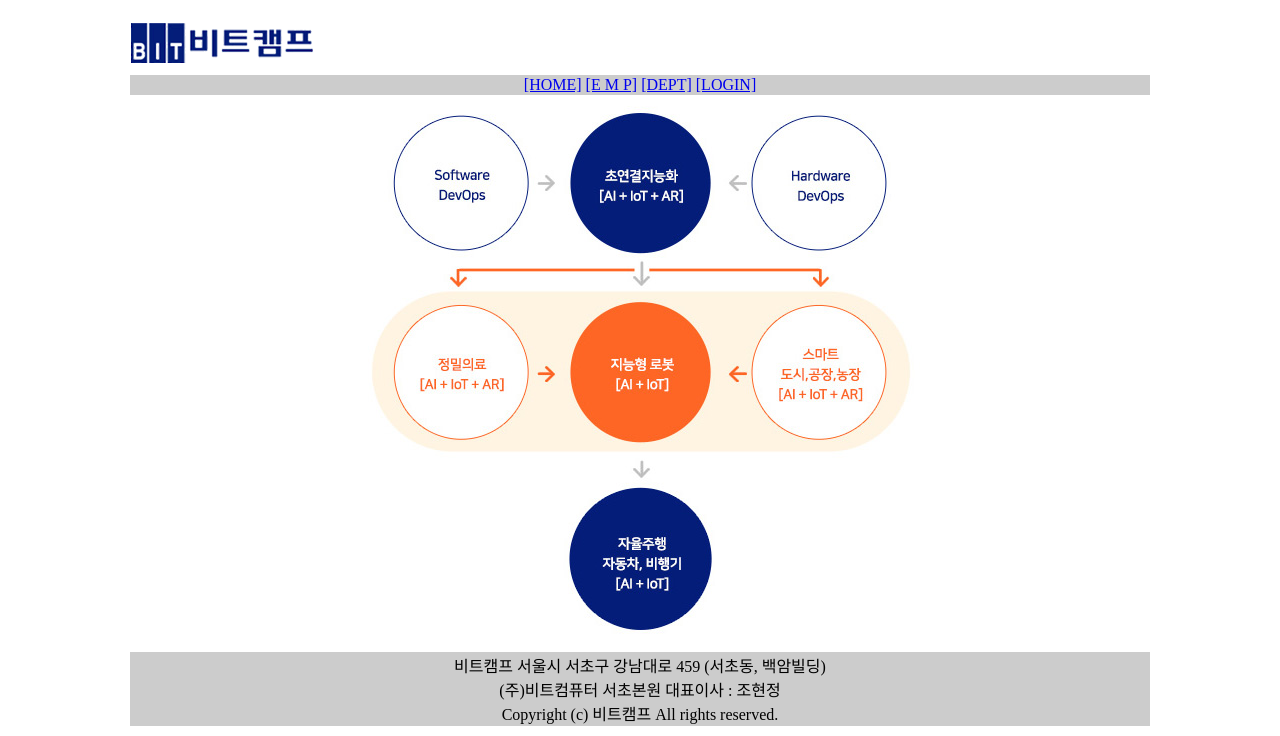
Repository: Deepsky110/LectureNotes
Page: http://localhost/web08/
An editor plug-in stored every save of this project. The page is shown before and after the next save, followed by the edit.
The browser window is 1280 px wide. The pictures show the whole page.
The page is served by Tomcat 9.

Above is the page before, as saved 2020-07-07 05:35:45.

After the next save:
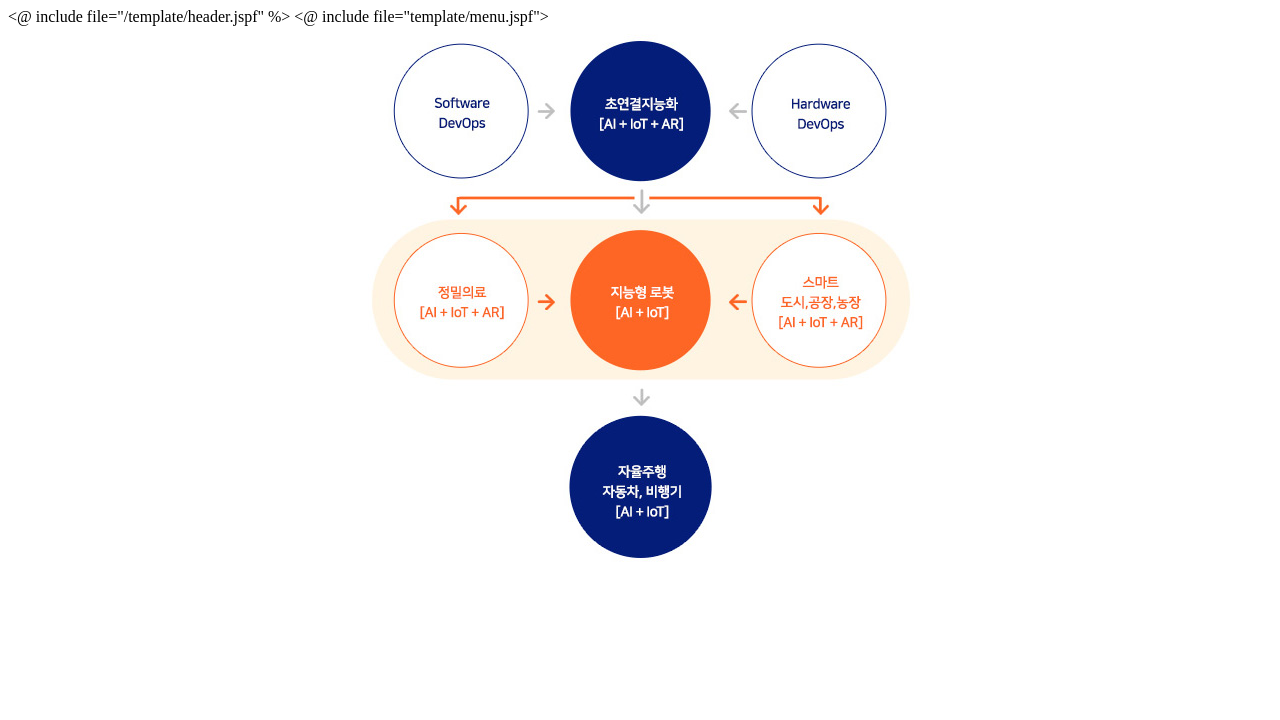
Saved 2 min 8 s later.
--- a/web08/WebContent/index.jsp
+++ b/web08/WebContent/index.jsp
@@ -6,37 +6,11 @@
 <meta http-equiv="Content-Type" content="text/html; charset=EUC-KR">
 <title>Insert title here</title>
 </head>
-<body>
-	<table width="1024" align="center">
-		<tr>
-			<td>
-				<img alt="" src="img/logo.png">
-			</td>
-		</tr>
-		<tr>
-			<td align="center" bgcolor="#cccccc">
-				<a href="index.jsp">[HOME]</a>
-				<a href="emp/list.jsp">[E M P]</a>
-				<a href="dept/list.jsp">[DEPT]</a>
-				<a href="login/form.jsp">[LOGIN]</a>
-			</td>
-		</tr>
-		<tr>
-			<td>
-				<!-- content start -->
+<@ include file="/template/header.jspf" %>
+<@ include file="template/menu.jspf">
 				<center>
 				<img alt="" src="img/img01.jpg">
 				</center>
-				<!-- content end -->
-			</td>
-		</tr>
-		<tr>
-			<td align="center" bgcolor="#cccccc">
-				비트캠프 서울시 서초구 강남대로 459 (서초동, 백암빌딩)<br>
-				(주)비트컴퓨터 서초본원 대표이사 : 조현정<br>
-				Copyright (c) 비트캠프 All rights reserved.<br>
-			</td>
-		</tr>
-	</table>
+
 </body>
 </html>

After the 2 saves that followed:
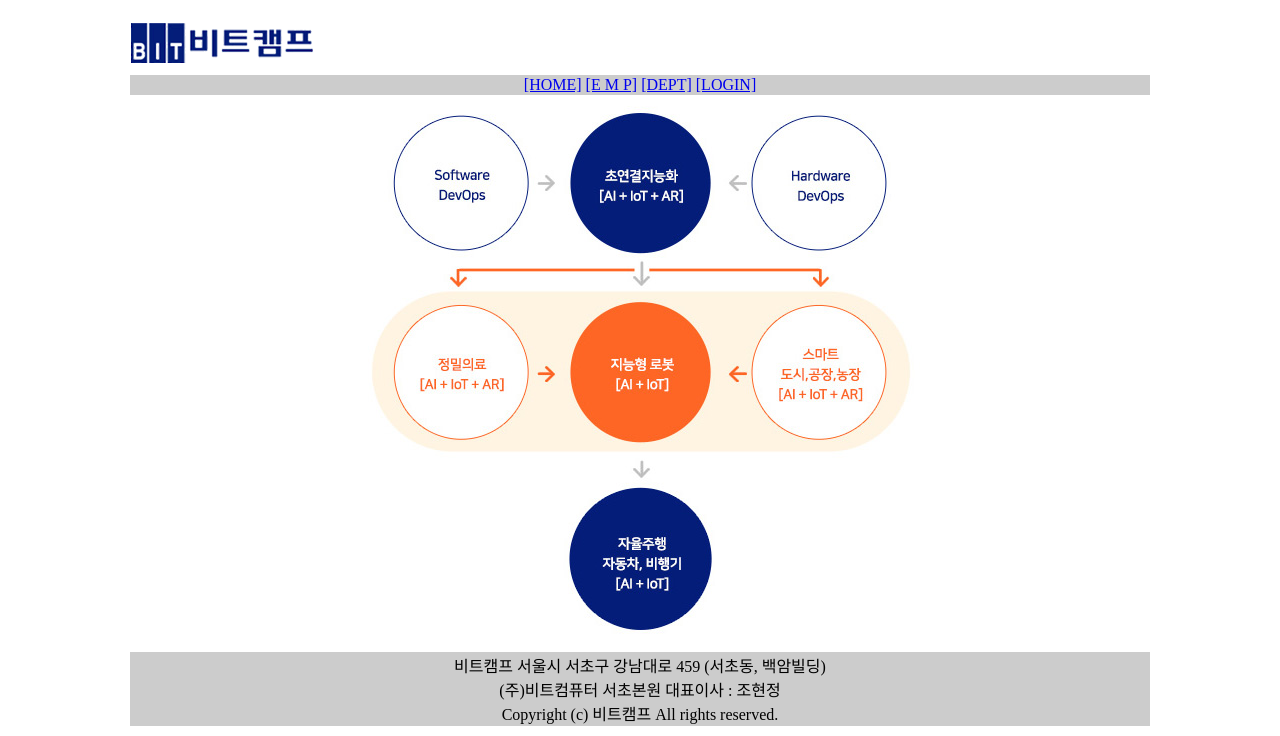
The 2 saves are shown as one change because 1 did not build or start.
The last was saved 44 s later.
--- a/web08/WebContent/index.jsp
+++ b/web08/WebContent/index.jsp
@@ -6,11 +6,12 @@
 <meta http-equiv="Content-Type" content="text/html; charset=EUC-KR">
 <title>Insert title here</title>
 </head>
-<@ include file="/template/header.jspf" %>
-<@ include file="template/menu.jspf">
+<%@ include file="/template/header.jspf" %>
+<%@ include file="template/menu.jspf" %>
 				<center>
 				<img alt="" src="img/img01.jpg">
 				</center>
+<%@ include file="./template/footer.jspf" %>
 
 </body>
 </html>
